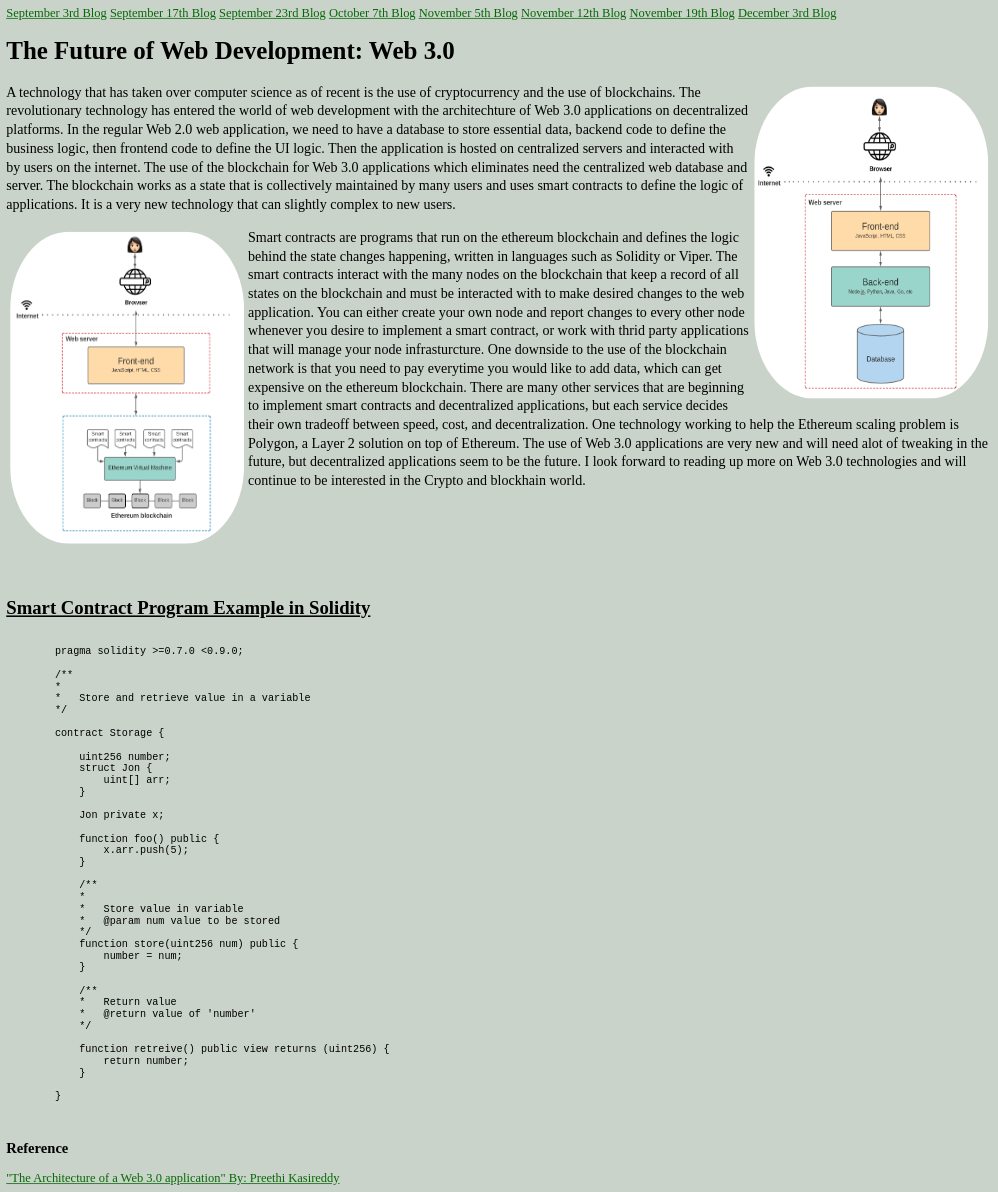
Repository: alharama/WebBlog
Page: Dec_3rd.html
An editor plug-in stored every save of this project. The page is shown before and after the next save, followed by the edit.
The browser window is 1280 px wide. The pictures show the whole page, at 78% of full size.

Above is the page before, as saved 2021-12-02 23:06:43.

### Dec_3rd.html
<!DOCTYPE html>
<html>
  <head>
    <a href="index.html"> September 3rd Blog</a>
    <a href="second_blog.html"> September 17th Blog</a>
    <a href="Sept_23.html"> September 23rd Blog</a>
    <a href="Oct_7.html"> October 7th Blog</a>
    <a href="Nov_5.html"> November 5th Blog</a>
    <a href="Nov_12.html"> November 12th Blog</a>
    <a href="Nov_19.html"> November 19th Blog</a>
    <a href="Dec_3rd.html"> December 3rd Blog</a>

    <title>December 3rd Blog</title>

    <style>
      a {
        text-decoration: underline;
        color: rgb(5, 104, 5);
      }
      a:visited {
        text-decoration: none;
      }

      h2 {
        text-decoration: underline;
      }

      #writeup {
        text-indent: 30px;
      }

      body {
        background-color: rgba(190, 201, 190, 0.808);
      }

      body > .writeup {
        font-size: 18px;
        line-height: 24px;
      }

      img {
        margin: 5px;
        height: 400px;
        width: 300px;
        border-radius: 25%;
      }
      #web2 {
        float: right;
      }

      #web3 {
        float: left;
      }

      body > #example_code {
        padding-top: 100px;
        float: center;
      }
    </style>
  </head>

  <body>
    <h1>The Future of Web Development: Web 3.0</h1>

    <img src="web2.png" id="web2" alt="web 2.0 graphic" />
    <p class="writeup">
      A technology that has taken over computer science as of recent is the use
      of cryptocurrency and the use of blockchains. The revolutionary technology
      has entered the world of web development with the architechture of Web 3.0
      applications on decentralized platforms. In the regular Web 2.0 web
      application, we need to have a database to store essential data, backend
      code to define the business logic, then frontend code to define the UI
      logic. Then the application is hosted on centralized servers and
      interacted with by users on the internet. The use of the blockchain for
      Web 3.0 applications which eliminates need the centralized web database
      and server. The blockchain works as a state that is collectively
      maintained by many users and uses smart contracts to define the logic of
      applications. It is a very new technology that can slightly complex to new
      users.
    </p>

    <img src="web3.png" id="web3" alt="web 3.0 graphic" />
    <p class="writeup">
      Smart contracts are programs that run on the ethereum blockchain and
      defines the logic behind the state changes happening, written in languages
      such as Solidity or Viper. The smart contracts interact with the many
      nodes on the blockchain that keep a record of all states on the blockchain
      and must be interacted with to make desired changes to the web
      application. You can either create your own node and report changes to
      every other node whenever you desire to implement a smart contract, or
      work with thrid party applications that will manage your node
      infrasturcture. One downside to the use of the blockchain network is that
      you need to pay everytime you would like to add data, which can get
      expensive on the ethereum blockchain. There are many other services that
      are beginning to implement smart contracts and decentralized applications,
      but each service decides their own tradeoff between speed, cost, and
      decentralization. One technology working to help the Ethereum scaling
      problem is Polygon, a Layer 2 solution on top of Ethereum. The use of Web
      3.0 applications are very new and will need alot of tweaking in the
      future, but decentralized applications seem to be the future. I look
      forward to reading up more on Web 3.0 technologies and will continue to be
      interested in the Crypto and blockhain world.
    </p>

    <div id="example_code">
      <h2>Smart Contract Program Example in Solidity</h2>

      <pre>

        pragma solidity >=0.7.0 <0.9.0;

        /**
        *
        *   Store and retrieve value in a variable
        */

        contract Storage {

            uint256 number;
            struct Jon {
                uint[] arr;
            }

            Jon private x;

            function foo() public {
                x.arr.push(5);
            }

            /**
            *
            *   Store value in variable
            *   @param num value to be stored
            */
            function store(uint256 num) public {
                number = num;
            }

            /**
            *   Return value
            *   @return value of 'number'
            */

            function retreive() public view returns (uint256) {
                return number;
            }

        }

    </pre
      >
    </div>

    <h3>Reference</h3>

    <a
      href="https://www.preethikasireddy.com/post/the-architecture-of-a-web-3-0-application"
    >
      "The Architecture of a Web 3.0 application" By: Preethi Kasireddy
    </a>
  </body>
</html>

After the next save:
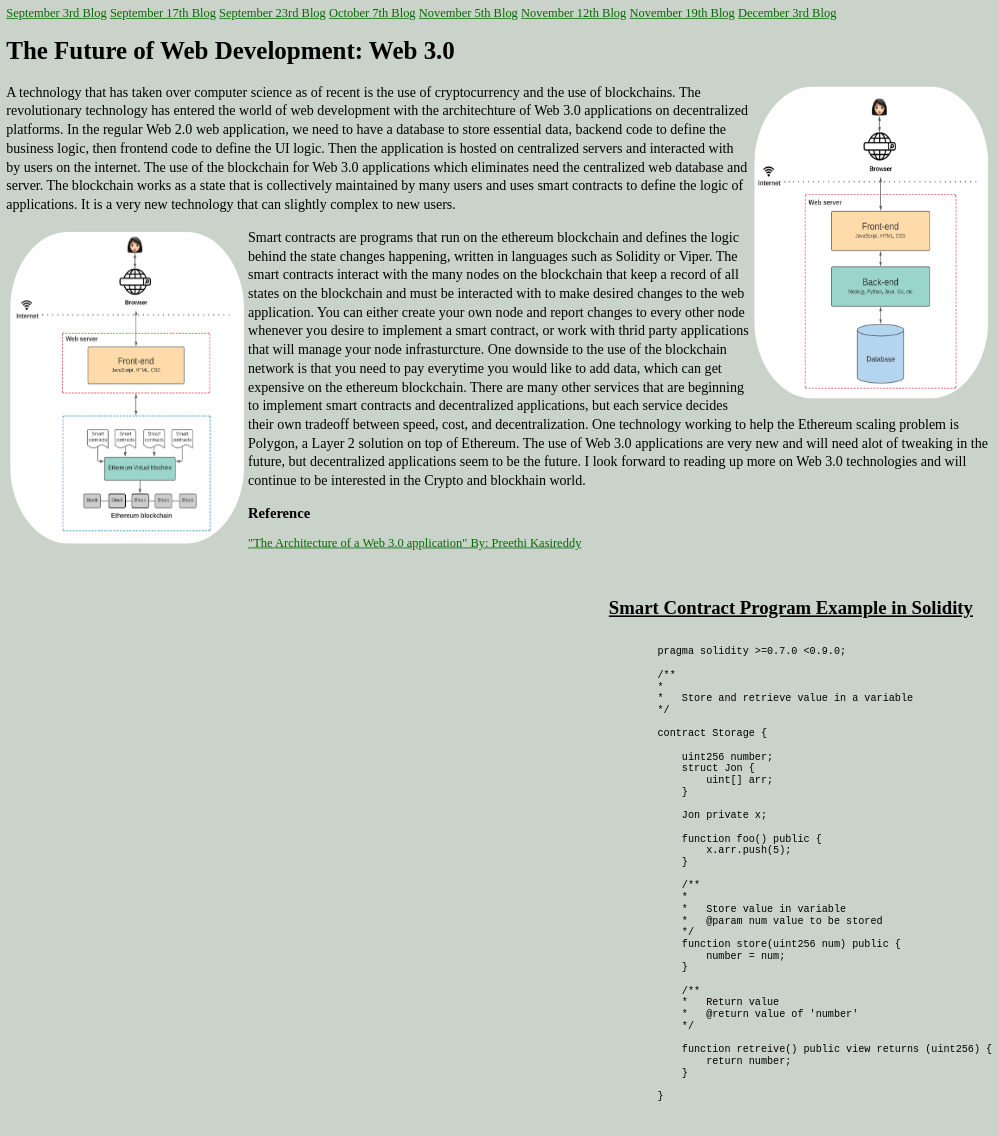
Saved 19 s later.
--- a/Dec_3rd.html
+++ b/Dec_3rd.html
@@ -54,7 +54,7 @@
 
       body > #example_code {
         padding-top: 100px;
-        float: center;
+        float: right;
       }
     </style>
   </head>
